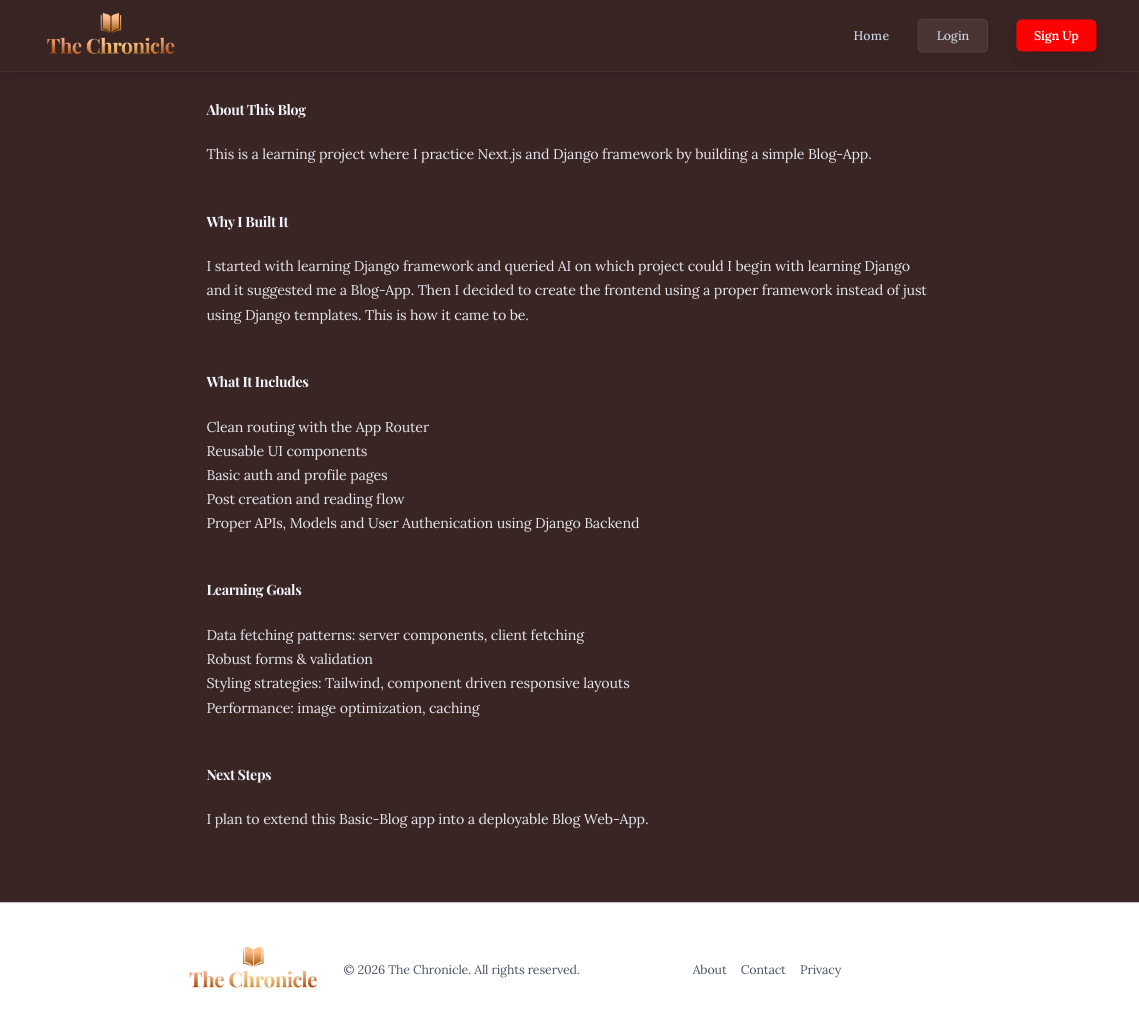
Repository: swaruplamsal/BasicBlogApp
Page: /about (app in blog-frontend/)
An editor plug-in stored every save of this project. The page is shown before and after a run of saves, followed by the edit.
The browser window is 1280 px wide. The pictures show the whole page, at 89% of full size.
The page's requests for data from a server got no answer. The project was rebuilt for these pictures with package versions that can differ from the ones it lists, and the page was loaded fresh each time. The framework's server and built-in components were replaced by stand-ins that run in the browser. No one was signed in, and anything a server would have sent is missing. Also part of the build but not shown: blog-frontend/next.config.mjs, blog-frontend/app/components/Avatar.js.

Above is the page before, as saved 2026-02-07 21:06:18.

### blog-frontend/app/layout.js
// app/layout.js
import { Lora, Playfair_Display } from "next/font/google";
import { AuthProvider } from "./context/AuthContext";
import { generateSiteMetadata } from "../lib/metadata";
import "./globals.css";

export const metadata = generateSiteMetadata();

const lora = Lora({
  subsets: ["latin"],
  weight: ["400", "500", "600", "700"],
  variable: "--font-lora",
});

const playfair = Playfair_Display({
  subsets: ["latin"],
  weight: ["400", "500", "600", "700", "900"],
  variable: "--font-playfair",
});

export default function RootLayout({ children }) {
  return (
    <html lang="en">
      <body className={`${lora.variable} ${playfair.variable}`}>
        <AuthProvider>{children}</AuthProvider>
      </body>
    </html>
  );
}

### blog-frontend/app/about/page.js
import Navbar from "../components/Navbar";
import Footer from "../components/Footer";

const sectionStyle = {
  marginTop: "1.5rem",
};

export default function About() {
  return (
    <div className="dark:bg-slate-950 text-gray-200">
      <Navbar />
      <main style={{ padding: "2rem", maxWidth: "880px", margin: "0 auto" }}>
        <h1>About This Blog</h1>
        <br />

        <p>
          This is a learning project where I practice Next.js and Django
          framework by building a simple Blog-App.
        </p>
        <br />
        <section style={sectionStyle}>
          <h2>Why I Built It</h2>
          <br />
          <p>
            I started with learning Django framework and queried AI on which
            project could I begin with learning Django and it suggested me a
            Blog-App. Then I decided to create the frontend using a proper
            framework instead of just using Django templates. This is how it
            came to be.
          </p>
        </section>
        <br />

        <section style={sectionStyle}>
          <h2>What It Includes</h2>
          <br />
          <ul>
            <li>Clean routing with the App Router</li>
            <li>Reusable UI components</li>
            <li>Basic auth and profile pages</li>
            <li>Post creation and reading flow</li>
            <li>
              Proper APIs, Models and User Authenication using Django Backend
            </li>
          </ul>
        </section>
        <br />

        <section style={sectionStyle}>
          <h2>Learning Goals</h2>
          <br />
          <ul>
            <li>Data fetching patterns: server components, client fetching</li>
            <li>Robust forms & validation</li>
            <li>
              Styling strategies: Tailwind, component driven responsive layouts
            </li>
            <li>Performance: image optimization, caching</li>
          </ul>
        </section>
        <br />

        <section style={sectionStyle}>
          <h2>Next Steps</h2>
          <br />
          <p>
            I plan to extend this Basic-Blog app into a deployable Blog Web-App.
          </p>
        </section>
      </main>
      <Footer />
    </div>
  );
}

### blog-frontend/app/context/AuthContext.js
"use client";

import { createContext, useContext, useState, useEffect } from "react";
import { authApi } from "../../lib/api";

const AuthContext = createContext();

// Helper function to get initial state from localStorage
function getInitialAuth() {
  if (typeof window === "undefined") {
    return { token: null, user: null };
  }

  const savedToken = localStorage.getItem("token");
  const savedUser = localStorage.getItem("user");

  return {
    token: savedToken || null,
    user: savedUser ? JSON.parse(savedUser) : null,
  };
}

export function AuthProvider({ children }) {
  const [user, setUser] = useState(() => getInitialAuth().user);
  const [token, setToken] = useState(() => getInitialAuth().token);

  // Sync user data with backend on mount if token exists
  useEffect(() => {
    if (typeof window === "undefined" || !token) return;

    const syncUserData = async () => {
      try {
        const completeUser = await authApi.getCurrentUser();
        setUser(completeUser);
        localStorage.setItem("user", JSON.stringify(completeUser));
      } catch (error) {
        // If sync fails, user might be logged out - clear auth state
        setToken(null);
        setUser(null);
        localStorage.removeItem("token");
        localStorage.removeItem("user");
      }
    };

    syncUserData();
  }, [token]);

  const login = async (username, password) => {
    try {
      const data = await authApi.login(username, password);

      setToken(data.token);
      localStorage.setItem("token", data.token);

      // Fetch complete user data including profile
      try {
        const completeUser = await authApi.getCurrentUser();
        setUser(completeUser);
        localStorage.setItem("user", JSON.stringify(completeUser));
      } catch (profileError) {
        // Fallback to basic user data if profile fetch fails
        setUser(data.user);
        localStorage.setItem("user", JSON.stringify(data.user));
      }

      return { success: true };
    } catch (error) {
      return { success: false, error: error.message };
    }
  };

  const signup = async (username, email, password) => {
    try {
      const data = await authApi.signup(username, email, password);

      setToken(data.token);
      setUser(data.user);
      localStorage.setItem("token", data.token);
      localStorage.setItem("user", JSON.stringify(data.user));
      return { success: true };
    } catch (error) {
      return { success: false, error: error.message };
    }
  };

  const logout = () => {
    setToken(null);
    setUser(null);
    localStorage.removeItem("token");
    localStorage.removeItem("user");
  };

  const refreshUser = async () => {
    if (!token) return;

    try {
      const completeUser = await authApi.getCurrentUser();
      setUser(completeUser);
      localStorage.setItem("user", JSON.stringify(completeUser));
    } catch (error) {
      console.log("Failed to refresh user data:", error.message);
    }
  };

  return (
    <AuthContext.Provider
      value={{ user, token, login, signup, logout, refreshUser }}
    >
      {children}
    </AuthContext.Provider>
  );
}

export function useAuth() {
  return useContext(AuthContext);
}

### blog-frontend/lib/metadata.js
// Helper functions for generating metadata

export const generateSiteMetadata = () => ({
  title: {
    template: "%s | The Chronicle",
    default: "The Chronicle - Where Stories Matter",
  },
  description:
    "Discover thoughtful perspectives, compelling narratives, and insights that challenge the ordinary.",
  keywords: ["blog", "stories", "articles", "writing", "chronicle"],
  authors: [{ name: "The Chronicle Team" }],
  openGraph: {
    type: "website",
    locale: "en_US",
    siteName: "The Chronicle",
  },
  twitter: {
    card: "summary_large_image",
  },
  // Fallback favicon / site icon. Place a file at public/favicon.png (or /favicon.ico)
  icons: {
    icon: "/favicon.png",
    apple: "/favicon.png",
  },
});

export const generatePostMetadata = (post) => {
  if (!post) return {};

  return {
    title: post.title,
    description: post.content.substring(0, 160) + "...",
    keywords: post.tags?.map((tag) => tag.name) || [],
    authors: [{ name: post.author?.username || "Anonymous" }],
    openGraph: {
      title: post.title,
      description: post.content.substring(0, 160) + "...",
      type: "article",
      publishedTime: post.created_at,
      modifiedTime: post.updated_at,
      authors: [post.author?.username || "Anonymous"],
      tags: post.tags?.map((tag) => tag.name) || [],
    },
    twitter: {
      card: "summary_large_image",
      title: post.title,
      description: post.content.substring(0, 160) + "...",
    },
  };
};

### blog-frontend/app/globals.css
@import "tailwindcss";

@layer base {
  :root {
    /* Bold Editorial Theme - Color Hunt Palette */
    --background: #3a2525;
    --background-elevated: #4a3535;
    --background-hover: #5a4545;
    --foreground: #f1f5f9;
    --foreground-muted: #cbd5e1;
    --foreground-subtle: #94a3b8;

    /* Accent Colors */
    --accent: #ff0000;
    --accent-hover: #cc0000;
    --accent-light: #ff3333;
    --accent-secondary: #9e2a2a;
    --navy: #000080;
    --navy-hover: #0000a0;

    /* Borders & Dividers */
    --border: #5a4545;
    --border-light: #6a5555;

    /* Semantic Colors */
    --success: #10b981;
    --error: #ff0000;
    --warning: #ff0000;
  }

  body {
    background: var(--background);
    color: var(--foreground);
    font-family:
      var(--font-lora),
      -apple-system,
      BlinkMacSystemFont,
      "Segoe UI",
      Roboto,
      sans-serif;
    line-height: 1.7;
    -webkit-font-smoothing: antialiased;
    -moz-osx-font-smoothing: grayscale;
    letter-spacing: -0.011em;
  }

  h1,
  h2,
  h3,
  h4,
  h5,
  h6 {
    font-family: var(--font-playfair), Georgia, serif;
    font-weight: 700;
    line-height: 1.25;
    color: var(--foreground);
    letter-spacing: -0.025em;
  }
}

@layer components {
  /* Custom Scrollbar */
  ::-webkit-scrollbar {
    width: 8px;
  }

  ::-webkit-scrollbar-track {
    background: var(--background);
  }

  ::-webkit-scrollbar-thumb {
    background: var(--accent);
    border-radius: 4px;
  }

  ::-webkit-scrollbar-thumb:hover {
    background: var(--accent-hover);
  }

  /* Smooth transitions */
  * {
    transition-property:
      background-color, border-color, color, fill, stroke, transform, opacity;
    transition-timing-function: cubic-bezier(0.4, 0, 0.2, 1);
    transition-duration: 200ms;
  }

  /* Editorial Utilities */
  .editorial-gradient {
    background: linear-gradient(
      135deg,
      var(--background) 0%,
      var(--background-elevated) 100%
    );
  }

  .text-gradient {
    background: linear-gradient(135deg, #ff0000, #9e2a2a);
    -webkit-background-clip: text;
    -webkit-text-fill-color: transparent;
    background-clip: text;
  }

  .reading-progress {
    position: fixed;
    top: 0;
    left: 0;
    height: 3px;
    background: linear-gradient(90deg, #ff0000, #9e2a2a);
    z-index: 9999;
    transition: width 0.1s ease-out;
  }

  .card-hover {
    transition: all 0.3s cubic-bezier(0.4, 0, 0.2, 1);
  }

  .card-hover:hover {
    transform: translateY(-2px);
    box-shadow: 0 20px 40px -12px rgba(255, 0, 0, 0.2);
    border-color: #6a5555 !important;
  }

  /* Button Styles */
  .btn-primary {
    background-color: #ff0000;
    box-shadow: 0 10px 25px -5px rgba(255, 0, 0, 0.3);
    transition: all 0.3s ease;
  }

  .btn-primary:hover {
    background-color: #cc0000;
    box-shadow: 0 15px 30px -5px rgba(255, 0, 0, 0.4);
  }

  /* Link Styles */
  .link-red {
    color: #ff0000;
    transition: color 0.2s ease;
  }

  .link-red:hover {
    color: #ff3333;
  }

  .link-nav {
    color: #cbd5e1;
    transition: color 0.2s ease;
  }

  .link-nav:hover {
    color: #ff0000;
  }

  /* Article Title */
  .article-title {
    color: #f1f5f9;
    transition: color 0.3s ease;
  }

  .article-title:hover {
    color: #ff0000;
  }

  /* Tag Styles */
  .tag {
    color: #94a3b8;
    background-color: rgba(90, 69, 69, 0.5);
    border: 1px solid rgba(106, 85, 85, 0.5);
    transition: all 0.2s ease;
  }

  .tag:hover {
    border-color: #9e2a2a;
    color: #cbd5e1;
  }
  /* Form Styles */
  .form-input {
    background-color: rgba(90, 69, 69, 0.5);
    border: 1px solid #6a5555;
    color: #f1f5f9;
    transition: all 0.2s ease;
  }

  .form-input:focus {
    outline: none;
    border-color: #ff0000;
    background-color: rgba(90, 69, 69, 0.7);
  }

  .form-label {
    color: #cbd5e1;
  }

  .form-container {
    background-color: rgba(74, 53, 53, 0.5);
    border: 1px solid #5a4545;
  }

  .btn-secondary {
    background-color: rgba(90, 69, 69, 0.8);
    color: #cbd5e1;
    border: 1px solid #6a5555;
    transition: all 0.2s ease;
  }

  .btn-secondary:hover {
    background-color: rgba(90, 69, 69, 1);
    border-color: #7a6565;
  }

  .btn-danger {
    background-color: rgba(158, 42, 42, 0.8);
    color: #fff;
    border: 1px solid #9e2a2a;
    transition: all 0.2s ease;
  }

  .btn-danger:hover {
    background-color: #9e2a2a;
  }

  .btn-success {
    background-color: rgba(16, 185, 129, 0.8);
    color: #fff;
    transition: all 0.2s ease;
  }

  .btn-success:hover {
    background-color: rgb(16, 185, 129);
  }

  /* ========================================
   LOADING & ANIMATION STYLES
   ======================================== */

  /* Shimmer effect for skeleton loaders */
  @keyframes shimmer {
    0% {
      transform: translateX(-100%);
    }
    100% {
      transform: translateX(100%);
    }
  }

  .animate-shimmer {
    animation: shimmer 2s infinite;
  }

  /* Fade in animation */
  @keyframes fade-in {
    from {
      opacity: 0;
    }
    to {
      opacity: 1;
    }
  }

  .animate-fade-in {
    animation: fade-in 0.5s ease-out;
  }

  /* Fade in and slide up animation */
  @keyframes fade-in-up {
    from {
      opacity: 0;
      transform: translateY(20px);
    }
    to {
      opacity: 1;
      transform: translateY(0);
    }
  }

  .animate-fade-in-up {
    animation: fade-in-up 0.6s ease-out;
  }

  /* Scale in animation */
  @keyframes scale-in {
    from {
      opacity: 0;
      transform: scale(0.95);
    }
    to {
      opacity: 1;
      transform: scale(1);
    }
  }

  .animate-scale-in {
    animation: scale-in 0.4s ease-out;
  }

  /* Smooth transitions for all interactive elements */
  .transition-smooth {
    transition: all 0.3s cubic-bezier(0.4, 0, 0.2, 1);
  }
}

### blog-frontend/app/components/Navbar.js
// app/components/Navbar.js
"use client";

import dynamic from "next/dynamic";
import Link from "next/link";
import Image from "next/image";

const NavbarAuth = dynamic(() => import("./NavbarAuth"), { ssr: false });

export default function Navbar() {
  return (
    <nav
      className="sticky top-0 z-50 backdrop-blur-xl border-b shadow-lg"
      style={{
        backgroundColor: "rgba(58, 37, 37, 0.8)",
        borderColor: "rgba(90, 69, 69, 0.5)",
      }}
    >
      <div className="max-w-7xl mx-auto px-6 sm:px-8 lg:px-12">
        <div className="flex justify-between items-center h-20">
          {/* Logo */}
          <Link
            href="/"
            className="group flex items-center gap-3 hover:opacity-80 transition-opacity"
          >
            {/* Replace the inline svg with a logo image from public/images/logo.png */}
            <div>
              <Image
                src="/images/logo.png"
                alt="Editorial logo"
                width={150}
                height={150}
                className="object-cover"
                priority
              />
            </div>
          </Link>

          {/* Nav Links */}
          <div className="flex items-center gap-8">
            <Link
              href="/"
              className="link-nav font-medium text-sm tracking-wide"
            >
              Home
            </Link>
            <NavbarAuth />
          </div>
        </div>
      </div>
    </nav>
  );
}

### blog-frontend/app/components/Footer.js
import Image from "next/image";
import Link from "next/link";
import SocialLinks from "./SocialLinks";

export default function Footer() {
  return (
    <footer className="border-t mt-12 py-8 bg-white dark:bg-gray-900">
      <div className="max-w-4xl mx-auto px-4 flex flex-col md:flex-row items-center justify-between gap-4">
        <div className="flex items-center space-x-3">
          <Link href="/" className="flex items-center">
            <Image
              src="/images/logo.png"
              alt="Logo"
              width={150}
              height={150}
              className="rounded-sm"
            />
          </Link>
          <p className="text-sm text-gray-600 dark:text-gray-300 ml-4">
            © {new Date().getFullYear()} The Chronicle. All rights reserved.
          </p>
        </div>

        <nav className="flex items-center space-x-4">
          <Link
            href="/about"
            className="text-sm text-gray-600 hover:text-red-600 transition-colors duration-200 dark:text-gray-300 dark:hover:text-red-400 active:text-red-900 focus:outline-none focus-visible:ring-2 focus-visible:ring-red-300 rounded"
          >
            About
          </Link>
          <Link
            href="/contact"
            className="text-sm text-gray-600 hover:text-red-600 transition-colors duration-200 dark:text-gray-300 dark:hover:text-red-400 active:text-red-900 focus:outline-none focus-visible:ring-2 focus-visible:ring-red-300 rounded"
          >
            Contact
          </Link>
          <Link
            href="/privacy"
            className="text-sm text-gray-600 hover:text-red-600 transition-colors duration-200 dark:text-gray-300 dark:hover:text-red-400 active:text-red-900 focus:outline-none focus-visible:ring-2 focus-visible:ring-red-300 rounded"
          >
            Privacy
          </Link>
        </nav>

        <div>
          <SocialLinks />
        </div>
      </div>
    </footer>
  );
}

### blog-frontend/app/components/SocialLinks.js
"use client";

import Link from "next/link";

export default function SocialLinks({ website, twitter, github, linkedin }) {
  const links = [
    {
      name: "Website",
      value: website,
      href: website,
      icon: (
        <svg
          className="w-5 h-5"
          fill="none"
          stroke="currentColor"
          viewBox="0 0 24 24"
        >
          <path
            strokeLinecap="round"
            strokeLinejoin="round"
            strokeWidth={2}
            d="M21 12a9 9 0 01-9 9m9-9a9 9 0 00-9-9m9 9H3m9 9a9 9 0 01-9-9m9 9c1.657 0 3-4.03 3-9s-1.343-9-3-9m0 18c-1.657 0-3-4.03-3-9s1.343-9 3-9m-9 9a9 9 0 019-9"
          />
        </svg>
      ),
    },
    {
      name: "Twitter",
      value: twitter,
      href: twitter ? `https://twitter.com/${twitter}` : null,
      icon: (
        <svg className="w-5 h-5" fill="currentColor" viewBox="0 0 24 24">
          <path d="M18.244 2.25h3.308l-7.227 8.26 8.502 11.24H16.17l-5.214-6.817L4.99 21.75H1.68l7.73-8.835L1.254 2.25H8.08l4.713 6.231zm-1.161 17.52h1.833L7.084 4.126H5.117z" />
        </svg>
      ),
    },
    {
      name: "GitHub",
      value: github,
      href: github ? `https://github.com/${github}` : null,
      icon: (
        <svg className="w-5 h-5" fill="currentColor" viewBox="0 0 24 24">
          <path
            fillRule="evenodd"
            d="M12 2C6.477 2 2 6.484 2 12.017c0 4.425 2.865 8.18 6.839 9.504.5.092.682-.217.682-.483 0-.237-.008-.868-.013-1.703-2.782.605-3.369-1.343-3.369-1.343-.454-1.158-1.11-1.466-1.11-1.466-.908-.62.069-.608.069-.608 1.003.07 1.531 1.032 1.531 1.032.892 1.53 2.341 1.088 2.91.832.092-.647.35-1.088.636-1.338-2.22-.253-4.555-1.113-4.555-4.951 0-1.093.39-1.988 1.029-2.688-.103-.253-.446-1.272.098-2.65 0 0 .84-.27 2.75 1.026A9.564 9.564 0 0112 6.844c.85.004 1.705.115 2.504.337 1.909-1.296 2.747-1.027 2.747-1.027.546 1.379.202 2.398.1 2.651.64.7 1.028 1.595 1.028 2.688 0 3.848-2.339 4.695-4.566 4.943.359.309.678.92.678 1.855 0 1.338-.012 2.419-.012 2.747 0 .268.18.58.688.482A10.019 10.019 0 0022 12.017C22 6.484 17.522 2 12 2z"
            clipRule="evenodd"
          />
        </svg>
      ),
    },
    {
      name: "LinkedIn",
      value: linkedin,
      href: linkedin ? `https://linkedin.com/in/${linkedin}` : null,
      icon: (
        <svg className="w-5 h-5" fill="currentColor" viewBox="0 0 24 24">
          <path d="M20.447 20.452h-3.554v-5.569c0-1.328-.027-3.037-1.852-3.037-1.853 0-2.136 1.445-2.136 2.939v5.667H9.351V9h3.414v1.561h.046c.477-.9 1.637-1.85 3.37-1.85 3.601 0 4.267 2.37 4.267 5.455v6.286zM5.337 7.433c-1.144 0-2.063-.926-2.063-2.065 0-1.138.92-2.063 2.063-2.063 1.14 0 2.064.925 2.064 2.063 0 1.139-.925 2.065-2.064 2.065zm1.782 13.019H3.555V9h3.564v11.452zM22.225 0H1.771C.792 0 0 .774 0 1.729v20.542C0 23.227.792 24 1.771 24h20.451C23.2 24 24 23.227 24 22.271V1.729C24 .774 23.2 0 22.222 0h.003z" />
        </svg>
      ),
    },
  ];

  const activeLinks = links.filter((link) => link.value);

  if (activeLinks.length === 0) {
    return null;
  }

  return (
    <div className="flex flex-wrap gap-3">
      {activeLinks.map((link) => (
        <a
          key={link.name}
          href={link.href}
          target="_blank"
          rel="noopener noreferrer"
          className="flex items-center gap-2 px-4 py-2 bg-slate-800/50 rounded-lg border border-slate-700/50 hover:border-red-600/50 hover:bg-slate-800 transition-all text-slate-400 hover:text-red-400"
          title={link.name}
        >
          {link.icon}
          <span className="text-sm">{link.name}</span>
        </a>
      ))}
    </div>
  );
}

Loaded but not shown: blog-frontend/lib/api.js (library); blog-frontend/app/components/NavbarAuth.js (180 lines, source omitted)

After the next 2 saves:
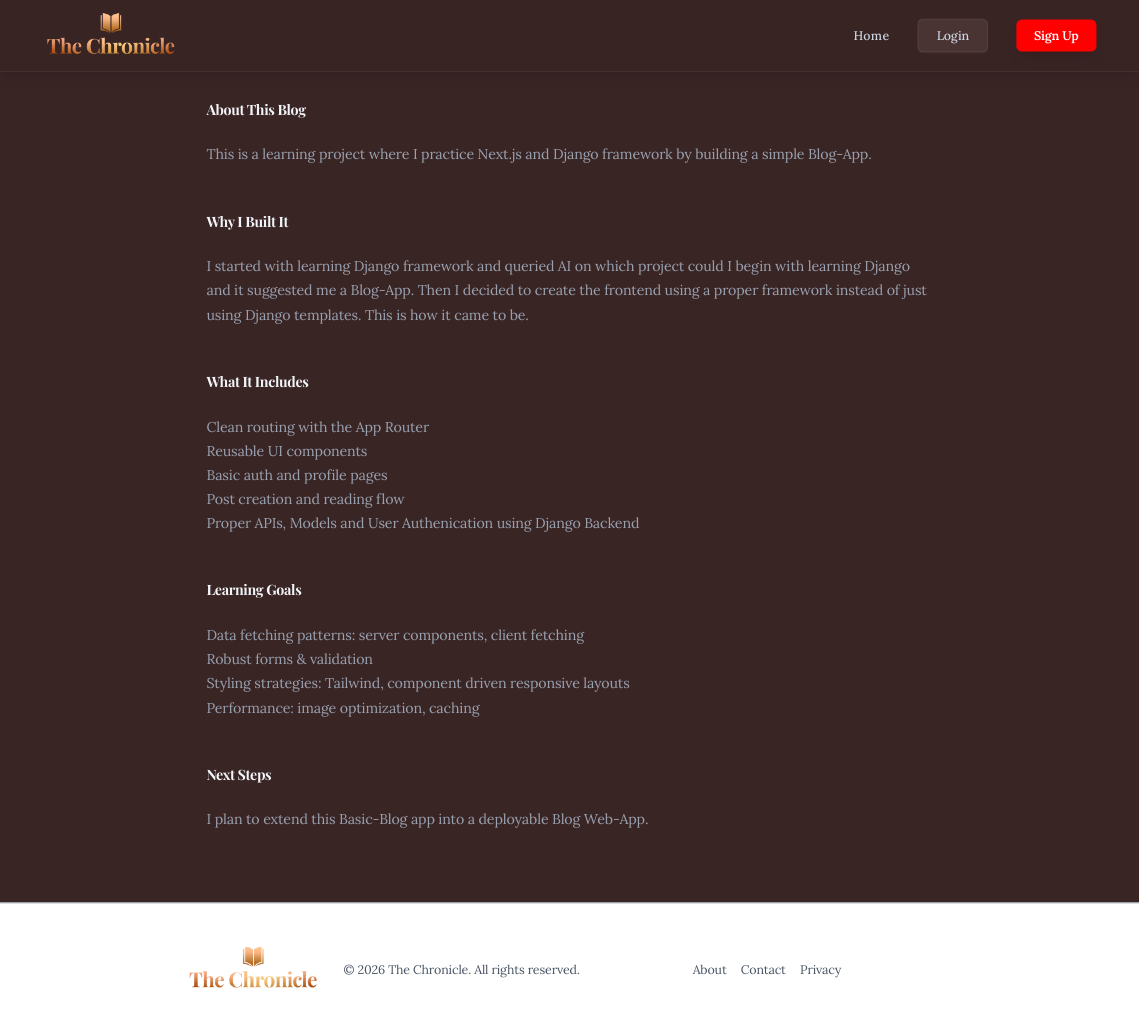
The 2 saves are shown as one change because they came seconds apart.
The last was saved 11 s later.
--- a/blog-frontend/app/about/page.js
+++ b/blog-frontend/app/about/page.js
@@ -7,7 +7,7 @@ const sectionStyle = {
 
 export default function About() {
   return (
-    <div className="dark:bg-slate-950 text-gray-200">
+    <div className="dark:bg-slate-950 text-gray-400">
       <Navbar />
       <main style={{ padding: "2rem", maxWidth: "880px", margin: "0 auto" }}>
         <h1>About This Blog</h1>
